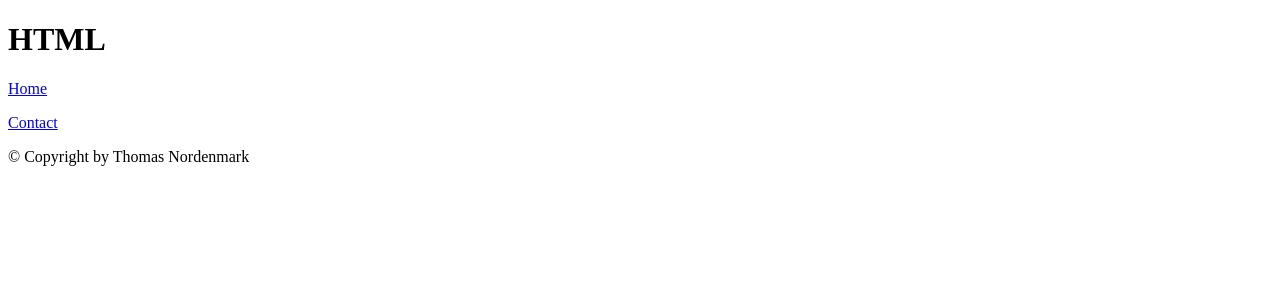
Repository: tnordenmark/web_lab3
Page: Site/uppgift_1/index.html
The author's editor kept a copy of each file at every save. The page is drawn from the files as they stood at one save, then again after the next save.
The browser window is 1280 px wide. The pictures show the whole page.

Above is the page before, as saved 2014-09-13 09:58:37.

### Site/uppgift_1/index.html
<!DOCTYPE html>

<!---
Thomas Nordenmark
thno1200
t.nordenmark@gmail.com
-->

<html lang="en">
	<head>
		<meta charset="utf-8">

		<title>Flygbolaget Kraschlanda AB</title>
		<meta name="description" content="Allt du behöver för att känna dig otrygg i luftrummet!">
		<meta name="author" content="Thomas Nordenmark">

		<meta name="viewport" content="width=device-width; initial-scale=1.0">

		<link rel="shortcut icon" href="/favicon.ico" type="image/x-icon">
	</head>

	<body>
		<div>
			<header>
				<h1>HTML</h1>
			</header>
			<nav>
				<p>
					<a href="/">Home</a>
				</p>
				<p>
					<a href="/contact">Contact</a>
				</p>
			</nav>

			<div>

			</div>

			<footer>
				<p>
					&copy; Copyright  by Thomas Nordenmark
				</p>
			</footer>
		</div>
	</body>
</html>

After the next save:
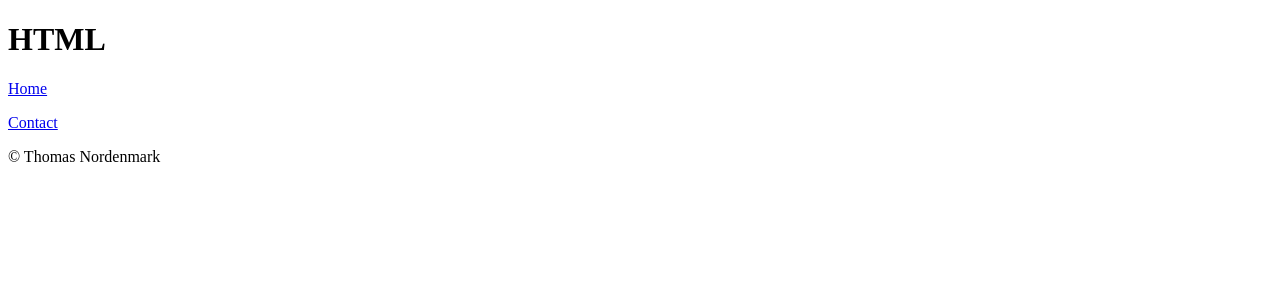
Saved 90 s later.
--- a/Site/uppgift_1/index.html
+++ b/Site/uppgift_1/index.html
@@ -39,7 +39,7 @@ t.nordenmark@gmail.com
 
 			<footer>
 				<p>
-					&copy; Copyright  by Thomas Nordenmark
+					&copy; Thomas Nordenmark
 				</p>
 			</footer>
 		</div>
